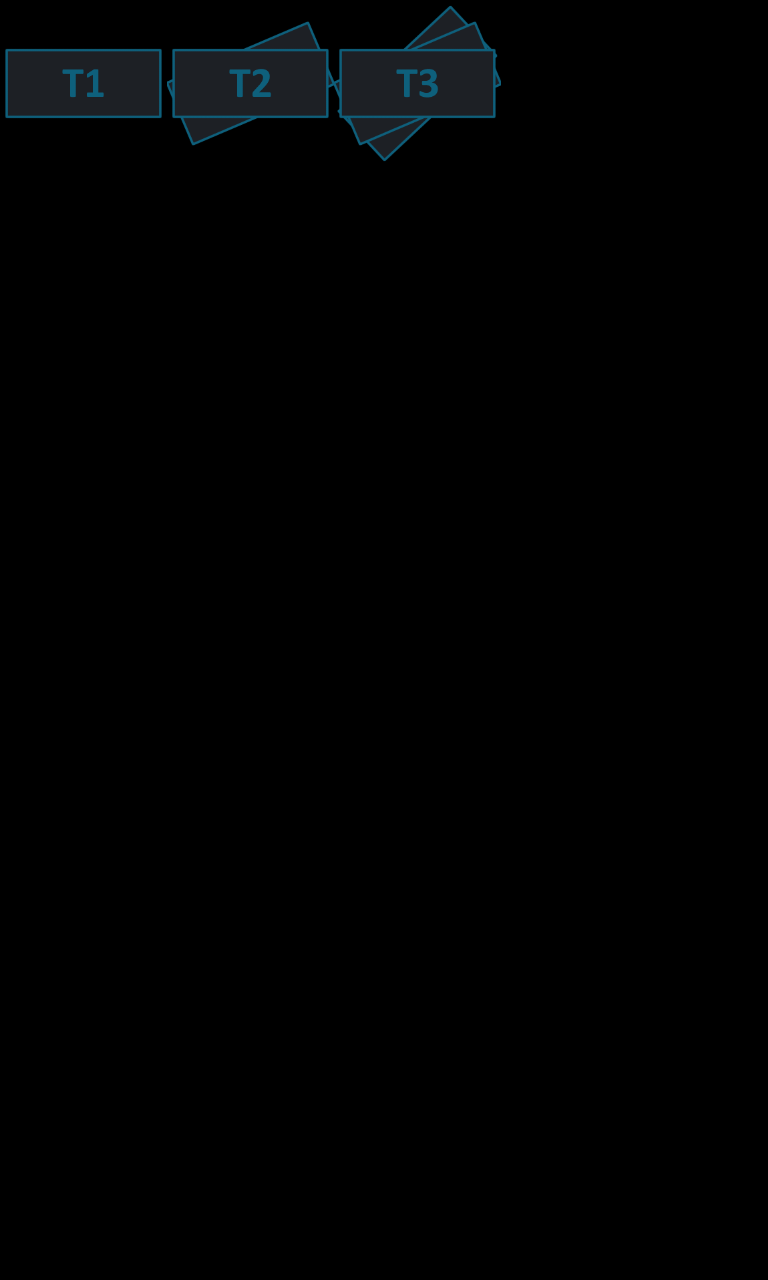
Repository: Nelspike/BusTicketer
Layout: PassengerMode/res/layout/fragment_show_tickets.xml
The author's editor kept a copy of each file at every save. The layout is drawn from the files as they stood at one save, then again after the next save.
It is drawn on a 768 x 1280 px phone screen (xhdpi) without system bars, with theme AppTheme; the app's code is not run.

Above is the layout before, as saved 2013-10-19 19:57:02.

### PassengerMode/res/layout/fragment_show_tickets.xml
<FrameLayout xmlns:android="http://schemas.android.com/apk/res/android"
    xmlns:tools="http://schemas.android.com/tools"
    android:layout_width="match_parent"
    android:layout_height="match_parent"
    tools:context=".ShowTicketsFragment" >

	<RadioGroup
	    android:layout_width="match_parent"
	    android:layout_height="wrap_content"
	    android:orientation="horizontal">

	    <RadioButton
	        android:button="@drawable/t1"/>

	    <RadioButton
	        android:button="@drawable/t2"/>

	    <RadioButton
	        android:button="@drawable/t3"/>

	</RadioGroup>


</FrameLayout>

### PassengerMode/res/values/styles.xml
<resources>

    <!--
        Base application theme, dependent on API level. This theme is replaced
        by AppBaseTheme from res/values-vXX/styles.xml on newer devices.
    -->
    <style name="AppBaseTheme" parent="android:Theme.Holo">
        <!--
            Theme customizations available in newer API levels can go in
            res/values-vXX/styles.xml, while customizations related to
            backward-compatibility can go here.
        -->
    </style>

    <!-- Application theme. -->
    <style name="AppTheme" parent="android:Theme.Holo">
        <!-- All customizations that are NOT specific to a particular API-level can go here. -->
    </style>

</resources>

After the next save:
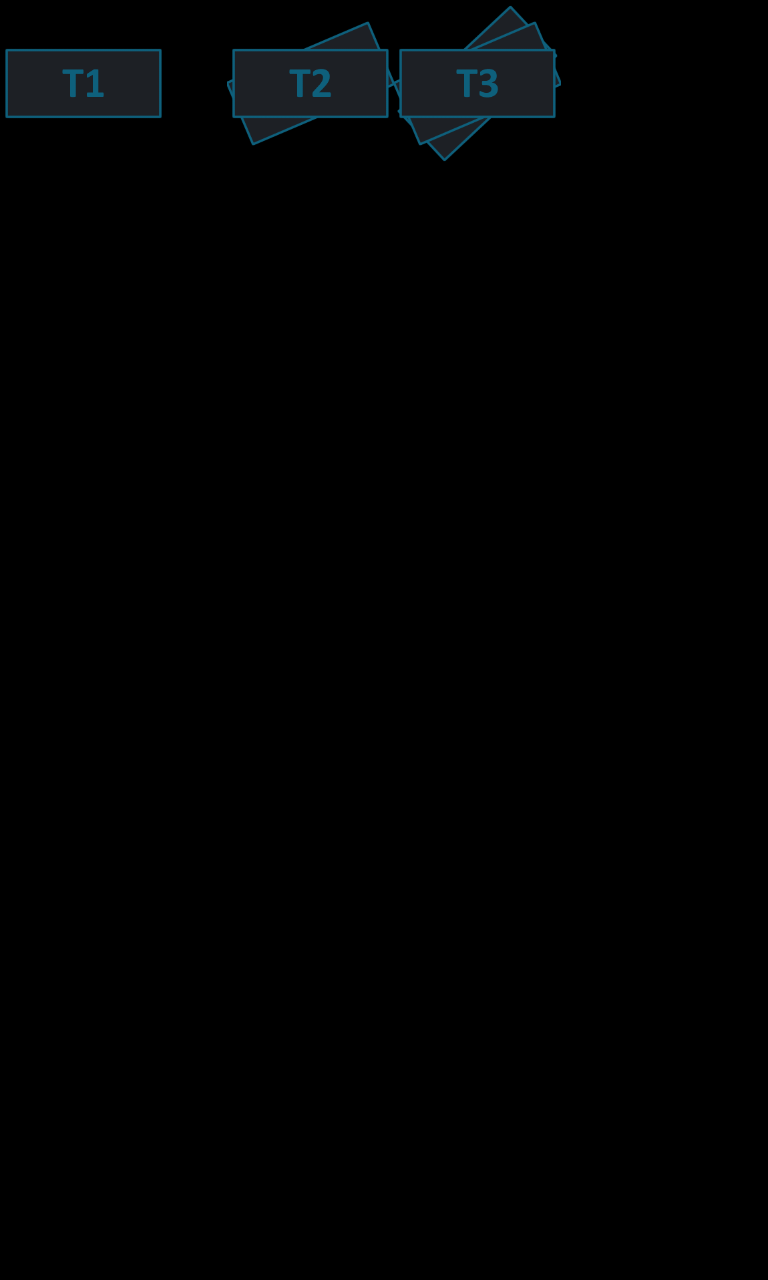
Saved 12 s later.
--- a/PassengerMode/res/layout/fragment_show_tickets.xml
+++ b/PassengerMode/res/layout/fragment_show_tickets.xml
@@ -10,7 +10,8 @@
 	    android:orientation="horizontal">
 
 	    <RadioButton
-	        android:button="@drawable/t1"/>
+	        android:button="@drawable/t1"
+	        android:padding="15dp"/>
 
 	    <RadioButton
 	        android:button="@drawable/t2"/>
